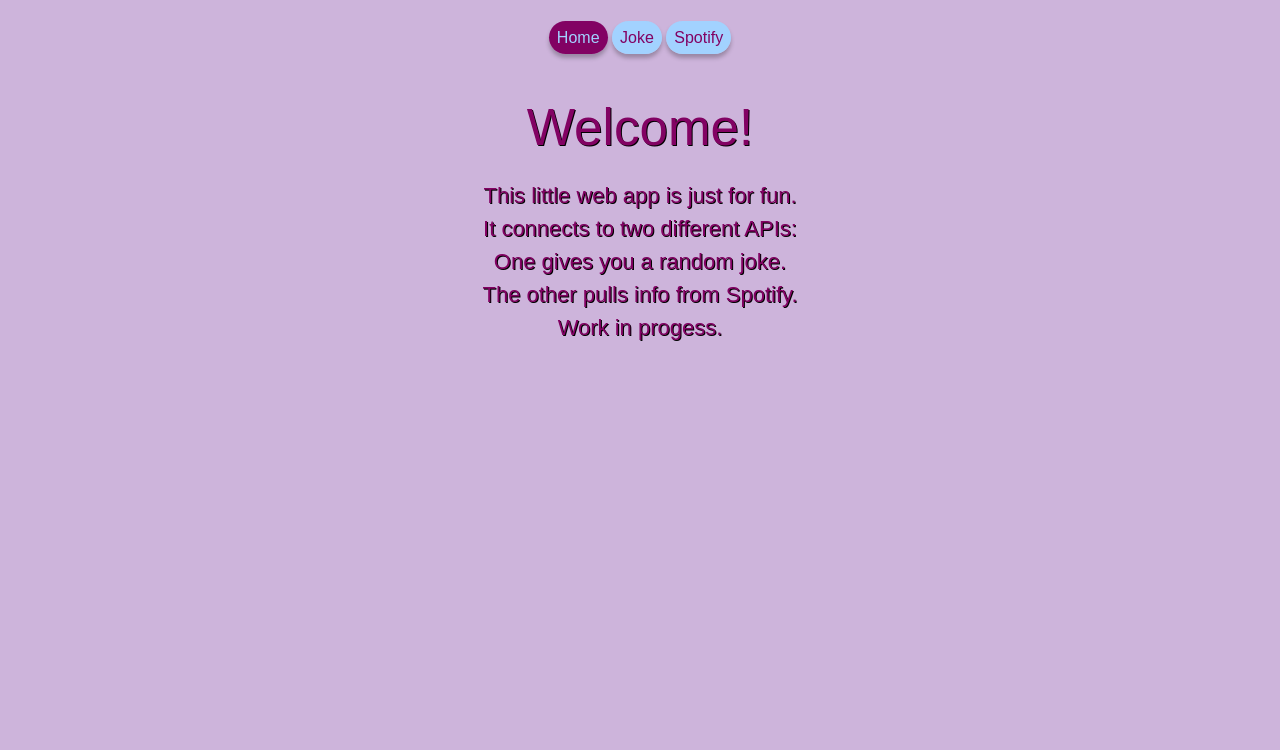
Repository: rosieomusic/spotify-react
Page: /
The author's editor kept a copy of each file at every save. The page is drawn from the files as they stood at one save, then again after the next save.
The browser window is 1280 px wide. The pictures show the whole page.
Some web fonts or font styles are not loaded; a fallback is used. The project was rebuilt for these pictures with package versions that can differ from the ones it lists, and the page was loaded fresh each time. Settings that the repository does not hold, such as keys and server addresses, were given made-up values. Also part of the build but not shown: vite.config.js, src/services/SpotifyService.js, src/components/AlbumComponent.jsx, src/pages/SpotifyPage.jsx, src/services/JokeService.js, src/pages/JokePage.jsx.

Above is the page before, as saved 2025-05-23 00:09:08.

### index.html
<!DOCTYPE html>
<html lang="en">
	<head>
		<meta charset="UTF-8" />

		<meta
			name="viewport"
			content="width=device-width, initial-scale=1.0"
		/>
		<link
			rel="preconnect"
			href="https://fonts.googleapis.com"
		/>
		<link
			rel="preconnect"
			href="https://fonts.gstatic.com"
			crossorigin
		/>
		<link
			href="https://fonts.googleapis.com/css2?family=Jersey+10&display=swap"
			rel="stylesheet"
		/>
		<title>Joke and Spotify API</title>
	</head>
	<body>
		<div id="root"></div>
		<script
			type="module"
			src="/src/main.jsx"
		></script>
	</body>
</html>

### src/index.css
:root {
	font-family: system-ui, Avenir, Helvetica, Arial, sans-serif;
	line-height: 1.5;
	font-weight: 400;
	color: black;
	background-color: white;
	font-synthesis: none;
	text-rendering: optimizeLegibility;
	-webkit-font-smoothing: antialiased;
	-moz-osx-font-smoothing: grayscale;
}

h1 {
	font-size: 3.2em;
	line-height: 1.1;
}

### src/App.jsx
import './App.css';
import { HashRouter, Routes, Route, NavLink } from 'react-router-dom';

import HomePage from './pages/HomePage';
import SpotifyPage from './pages/SpotifyPage';
import JokePage from './pages/JokePage';

function App() {
	return (
		<HashRouter>
			<div id='app-container'>
				<nav>
					<NavLink
						to='/'
						className={({ isActive }) =>
							isActive ? 'nav-link active' : 'nav-link'
						}
					>
						Home
					</NavLink>{' '}
					<NavLink
						to='/joke'
						className={({ isActive }) =>
							isActive ? 'nav-link active' : 'nav-link'
						}
					>
						Joke
					</NavLink>{' '}
					<NavLink
						to='/spotify'
						className={({ isActive }) =>
							isActive ? 'nav-link active' : 'nav-link'
						}
					>
						Spotify
					</NavLink>
				</nav>

				<main>
					<Routes>
						<Route
							path='/'
							element={<HomePage />}
						/>
						<Route
							path='/joke'
							element={<JokePage />}
						/>
						<Route
							path='/spotify'
							element={<SpotifyPage />}
						/>
					</Routes>
				</main>
			</div>
		</HashRouter>
	);
}

export default App;

### src/App.css
html,
body {
	margin: 0;
	padding: 0;
	background-color: #cdb4db;
	box-sizing: border-box;
	font-family: 'Jersey 10', sans-serif;
	color: #820263;
	margin-bottom: 20px;
	padding-inline-start: 0;
	word-wrap: break-word;
	overflow-wrap: break-word;
}
body {
	margin-top: 10px;
	overflow-x: hidden;
}
:root {
	background-color: #cdb4db;
	margin: 0;
}
#root {
	width: 100%;
	height: 100%;
	margin: 0 auto;
	display: flex;
	justify-content: center;
	align-items: center;
	text-align: center;
	background-color: #cdb4db;
}
.spotify-wrapper {
	width: 100%;
	min-width: 100vw;
	min-height: 100vh;
	background-color: #cdb4db;
	display: flex;
	justify-content: center;
	align-items: flex-start;
}
#jokes {
	border: 5px dotted #820263;
	padding: 20px;
	box-sizing: border-box;
	margin: 20px;
}

#app-container {
	display: flex;
	flex-direction: column;
	min-height: 100vh;
	flex-grow: 1;
}
.spotify-page {
	flex-grow: 1;
	height: 100%;
	width: 100%;
	display: flex;
	flex-direction: column;
	align-items: center;
	background-color: #cdb4db;
	padding-bottom: 4rem;
}

button {
	font-family: 'Jersey 10', sans-serif;
	background-color: #a2d2ff;
	border: none;
	margin-top: 20px;
	transition: box-shadow 200ms ease-in-out, transform 200ms ease-in-out;
	box-shadow: 0 4px 4px rgba(0, 0, 0, 0.25);
	cursor: pointer;
	outline: none;
	transition: border-color 0.25s;
	transform: scale(1);
	transform-origin: center;
	padding: 0.6em 1.2em;
	font-size: 1.1em;
	font-weight: 500;
	border-radius: 30px;
	color: #820263;
	margin-bottom: 20px;
}
button:focus {
	border: none;
	outline: none;
}
button:hover {
	transform: scale(1.05);
	box-shadow: 0 2x 2px rgba(0, 0, 0, 0.25);
}
h1,
p {
	font-weight: 100;
	justify-self: center;
	text-align: center;
	align-self: center;
	margin-bottom: 20px;
	text-shadow: black 1px 1px;
}
li {
	list-style-type: none;
	line-height: normal;
	white-space: normal;
	word-break: break-word;
	margin-top: 0;
}
h2 {
	font-size: 2em;
	text-align: center;
	padding-left: 1em;
	padding-right: 1em;
	text-shadow: black 3px 5px;
}
p {
	font-size: 22px;
}
h3 {
	font-size: 2em;
	padding: 0;
	margin: 0;
}
label {
	font-size: 1.5em;
}
#track {
	margin: 3px;
}

nav {
	text-align: center;
	margin-top: 1rem;
}

.info {
	text-align: left;
	font-size: 40px;
	line-height: normal;
	display: block;
}
.bandImg {
	width: 100%;
	display: block;
	max-width: 100%;
	border-radius: 70%;
	padding: 1em;
}
.bandImg,
.albumImg {
	margin: 0 auto;

	height: auto;
}

.albumImg {
	width: 100%;
	max-width: 100%;
	display: block;
}
a {
	text-decoration: none;
	color: #820263;
	background-color: #a2d2ff;
	border-radius: 30px;
	padding: 0.5em;
	box-shadow: 0 4px 4px rgba(0, 0, 0, 0.25);
}
.link {
	background-color: #cdb4db;
}
.nav-link.active {
	text-decoration: none;
	color: #a2d2ff;
	background-color: #820263;
}
.nav-link:hover {
	text-decoration: none;
	color: #a2d2ff;
	background-color: #820263;
}
main {
	display: flex;
	flex-direction: column;
	justify-content: center;
	align-items: center;
	text-align: center;
	height: 100%;
	box-sizing: border-box;

	padding-top: 1rem;
}
input {
	margin-top: 10px;
	border: none;
	padding: 0.5em;
	border-radius: 30px;
	font-family: 'Jersey 10', sans-serif;
	font-size: 18px;
	font-weight: 100;
	color: #645394;
	box-shadow: 0 4px 4px rgba(0, 0, 0, 0.25);
}
input:focus {
	border: none;
	outline: none;
}
footer {
	background-color: #cdb4db;
	border: 1px solid #820263;
	border-left: none;
	border-right: none;
}
ol {
	margin: 20px;
	font-size: 28px;
	font-weight: 400;
	text-align: left;
	padding-left: 0;
	height: auto;
}
#track-link {
	background-color: #cdb4db;
	cursor: pointer;
	overflow: hidden;
}
.top-tracks {
	border: 5px dotted #820263;

	justify-self: center;
}
a#track-link {
	padding: 0;
	margin: 0;
}
p#track:hover {
	color: white;
}
@media screen and (max-width: 768px) {
	.bandImg {
		max-width: 90%;
	}
	.albumImg {
		max-width: 90%;
	}
	h2 {
		font-size: 1em;
	}
	.info {
		font-size: 2em;
	}
	ol {
		word-wrap: break-word;
	}
	li {
		font-size: 1em;
		word-break: break-word;
		white-space: normal;
	}
}

### src/pages/HomePage.jsx
import React from 'react';

export default function HomePage() {
	return (
		<div>
			<h1>Welcome!</h1>
			<p>
				This little web app is just for fun. <br />
				It connects to two different APIs: <br />
				One gives you a random joke.
				<br />
				The other pulls info from Spotify.
				<br />
				Work in progess.
			</p>
		</div>
	);
}

Loaded but not shown: src/main.jsx (common file)

After the next save:
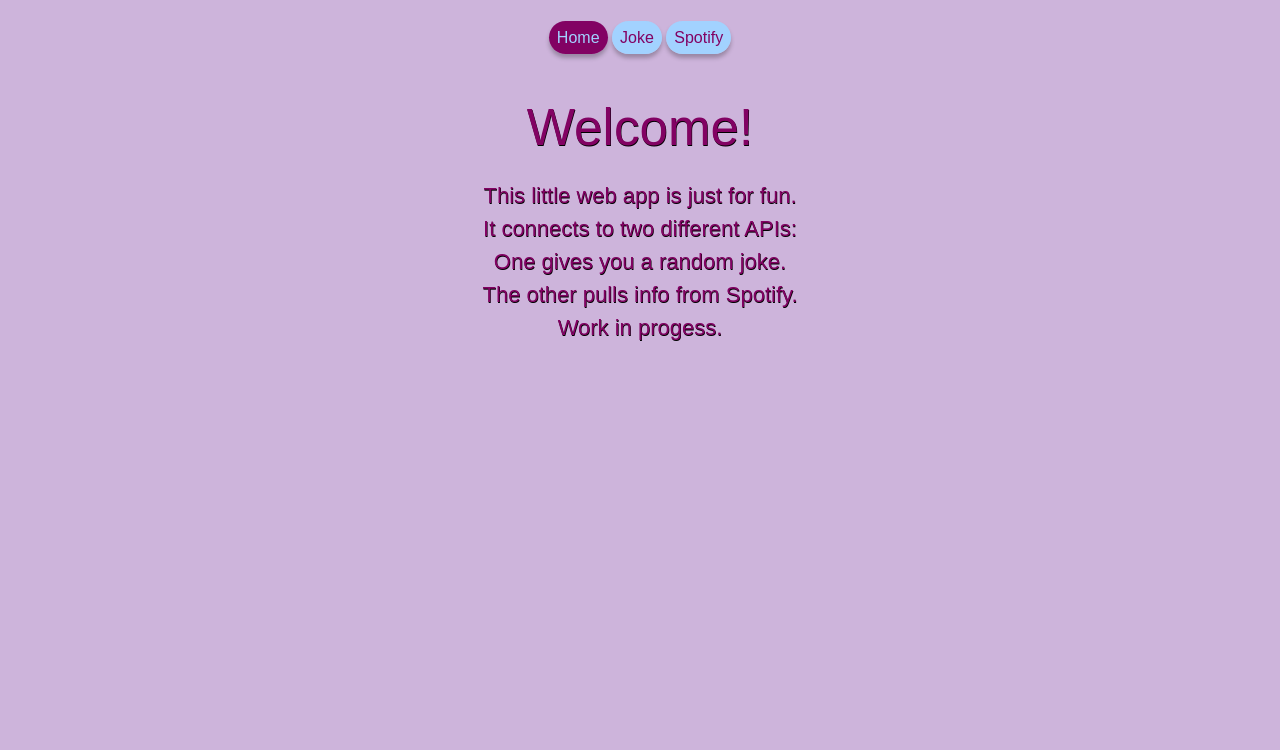
Saved 25 s later.
--- a/src/App.css
+++ b/src/App.css
@@ -96,7 +96,7 @@ p {
 	text-align: center;
 	align-self: center;
 	margin-bottom: 20px;
-	text-shadow: black 1px 1px;
+	text-shadow: black 0.5px 0.5px;
 }
 li {
 	list-style-type: none;
